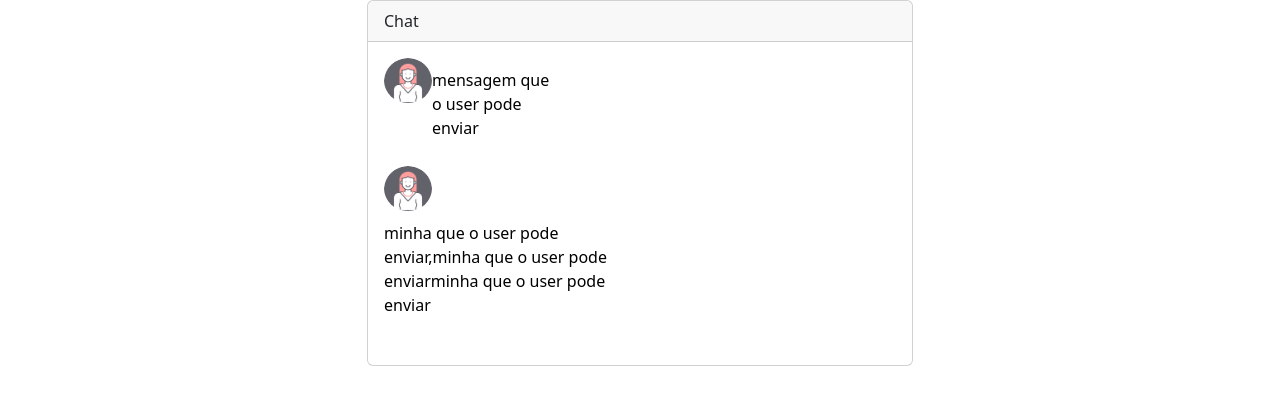
Repository: joaobatistafrontend/pref
Page: templates/chat_meninas copy.html
An editor plug-in stored every save of this project. The page is shown before and after the next save, followed by the edit.
The browser window is 1280 px wide. The pictures show the whole page.
The page is served by the project's application, run on Django 4.2 (manage.py). Other server files are loaded and not shown. The template is opened directly, without the code that normally fills it, so the values that code supplies are empty.

Above is the page before, as saved 2024-07-29 16:40:55.

### templates/chat_meninas copy.html
<!DOCTYPE html>
<html lang="pt-br">

<head>
    <meta charset="UTF-8">
    <meta name="viewport" content="width=device-width, initial-scale=1.0">
    <link rel="stylesheet" href="chatMulher.css">

    <link href="https://cdn.jsdelivr.net/npm/bootstrap@5.3.3/dist/css/bootstrap.min.css" rel="stylesheet"
    integrity="sha384-QWTKZyjpPEjISv5WaRU9OFeRpok6YctnYmDr5pNlyT2bRjXh0JMhjY6hW+ALEwIH" crossorigin="anonymous">
<script src="https://cdn.jsdelivr.net/npm/bootstrap@5.3.3/dist/js/bootstrap.bundle.min.js"
    integrity="sha384-YvpcrYf0tY3lHB60NNkmXc5s9fDVZLESaAA55NDzOxhy9GkcIdslK1eN7N6jIeHz"
    crossorigin="anonymous"></script>
    <title>Chat</title>
</head>

<body>
    <div class="container content">
        <div class="row">

            <div class="col-md-6 offset-3">
                <div class="card">
                    <div class="card-header">Chat</div>
                    <div class="card-body heigt-3">
                        <ul class="chat-list">
                            <li class="in">
                                <div class="chat-img">
                                    <img src="mulher.png" alt="">
                                </div>
                                <div class="chat-body">
                                    <div class="cha-message">
                                        <p>mensagem que o user pode enviar</p>
                                    </div>
                                </div>
                            </li>
                            <li class="out">
                                <div class="chat-img">
                                    <img src="mulher.png" alt="">
                                </div>
                                <div class="chat-body">
                                    <div class="cha-message">
                                        <p>minha que o user pode enviar,minha que o user pode enviarminha que o user pode enviar
                                        </p>
                                    </div>
                                </div>
                            </li>
                        </ul>
                </div>
            </div>

        </div>
    </div>
</body>

</html>

### chatbot/urls.py

from django.contrib import admin
from django.urls import path, include

urlpatterns = [
    path('admin/', admin.site.urls),
    path('', include('chat_app.urls'))
]

### chat_app/urls.py

from django.contrib import admin
from django.urls import path, include
from .views import *

urlpatterns = [
    path("", IndexView.as_view(), name="index"),
    path("accounts/", include("django.contrib.auth.urls")),

    path("ask_question/", AskQuestionView.as_view(), name="ask_question"),

    path('chat_meninas', ChatRedirectView.as_view(), name='chat_meninas'),
    path('chat_bot/', ChatBotView.as_view(), name='chat_bot'),
    path('chat/<str:room_name>/', ChatRoomView.as_view(), name='chat_room'),
    path('chat/<str:room_name>/send/', ChatRoomView.as_view(), name='send_message'),

    path('cadastro', Cadastro.as_view(), name="cadastro")
]

### templates/chatMulher.css

.chat-list{
    padding: 0;

}
.chat-list li{
    margin-bottom: 10px;
    overflow: auto;
    color: black;
}
.chat-list .chat-img{
    float: left;
    width: 48px;
}
.chat-list .chat-img img{
    border-radius: 50%;
    width: 100%;
}
.chat-list .cha-message{
    display: inline-block;
    position: relative;
}
p{
    padding-top: 10px;
    padding-left: 4 px;
    width: 50%;
    word-wrap: break-word;

}

After the next save:
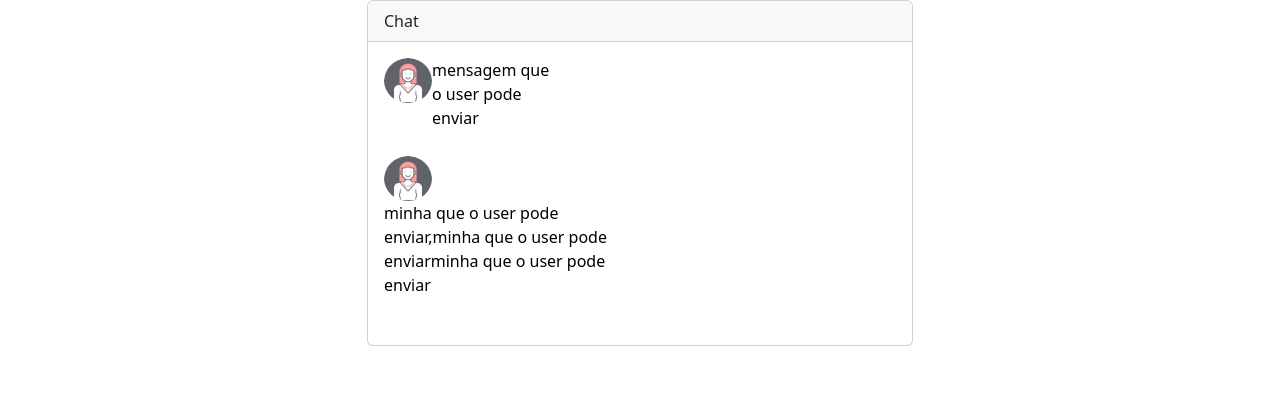
Saved 23 s later.
--- a/templates/chatMulher.css
+++ b/templates/chatMulher.css
@@ -21,8 +21,6 @@
     position: relative;
 }
 p{
-    padding-top: 10px;
-    padding-left: 4 px;
     width: 50%;
     word-wrap: break-word;
 
